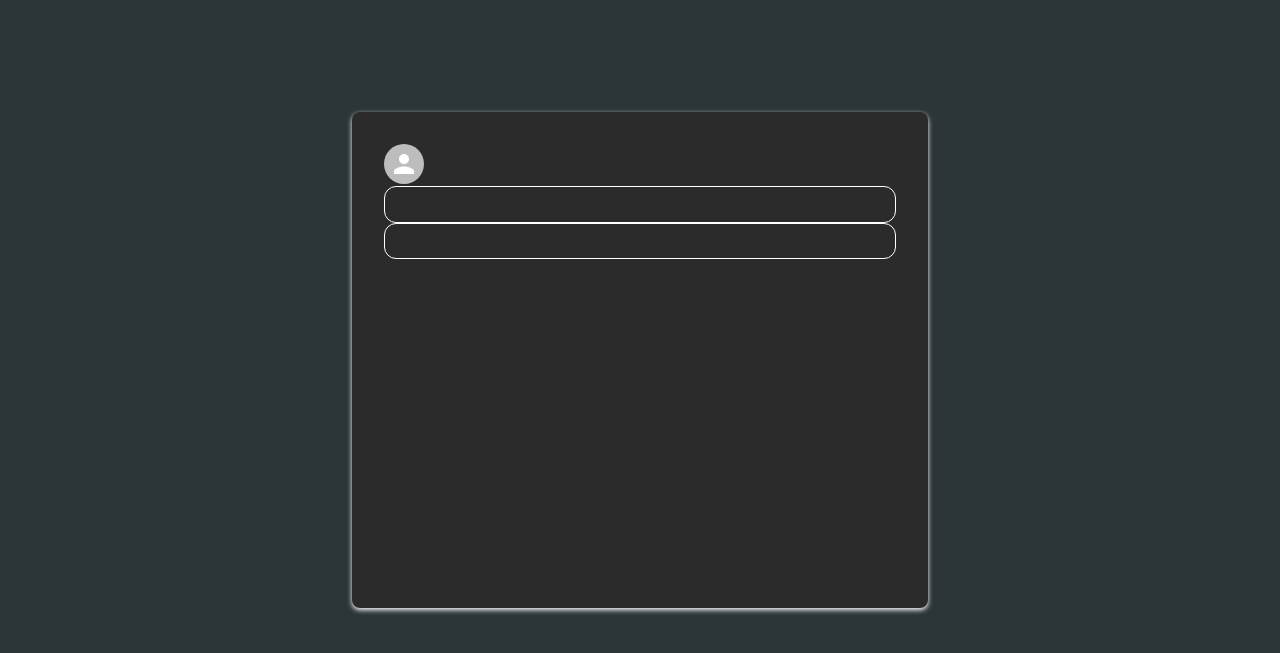
Repository: IzzaSuni/Izza-ToDo
Page: /publicNote/Private/profile
An editor plug-in stored every save of this project. The page is shown before and after the next save, followed by the edit.
The browser window is 1280 px wide. The pictures show the whole page.
The project was rebuilt for these pictures with package versions that can differ from the ones it lists, and the page was loaded fresh each time. Also part of the build but not shown: src/App.css, src/services.js, src/components/List.js, src/components/Filter.js, src/components/ohayo.js, src/utils/Query.js, src/components/navbar.js, src/components/MainPage.js and 4 more.

Above is the page before, as saved 2022-08-20 11:25:07.

After the next save:
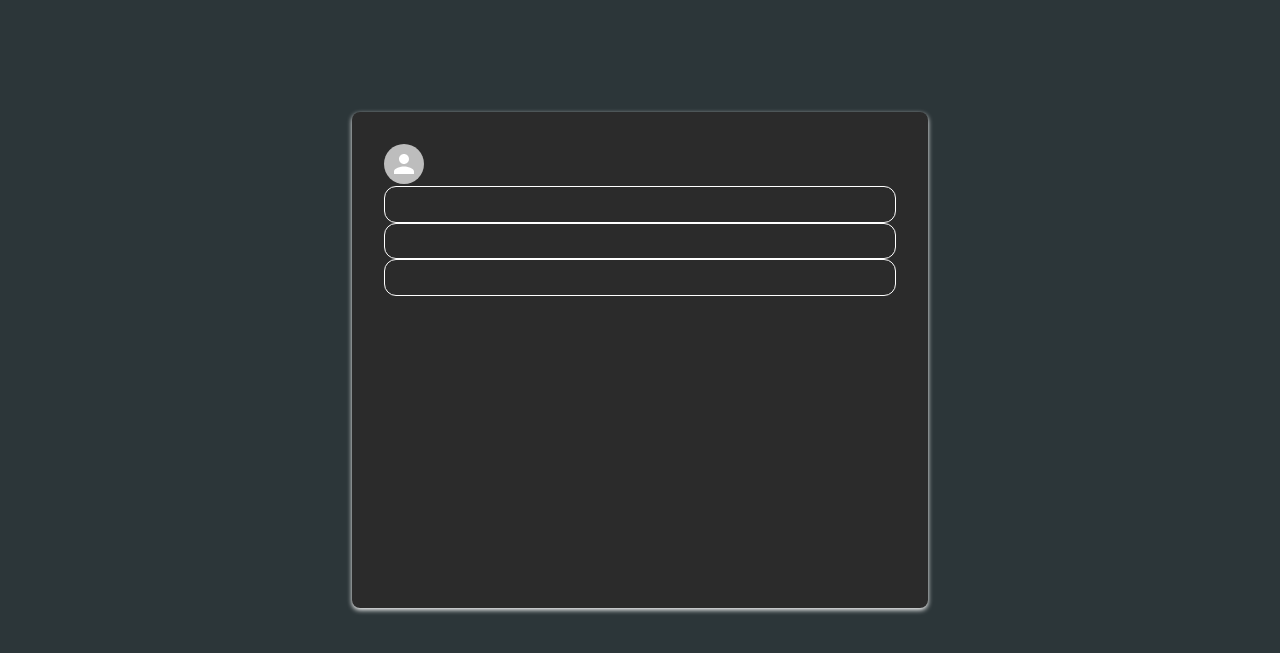
Saved 6 s later.
--- a/src/components/Profile.js
+++ b/src/components/Profile.js
@@ -35,7 +35,7 @@ export default function Profile() {
             </Typography>
           </Box>
           <Box>
-            <Input   isdisabled={true} />
+            <Input type="email"   isdisabled={true} />
             <Input type="email" defVal={user.email} isdisabled />
             <Input type="email" defVal={user.user} isdisabled />
           </Box>
